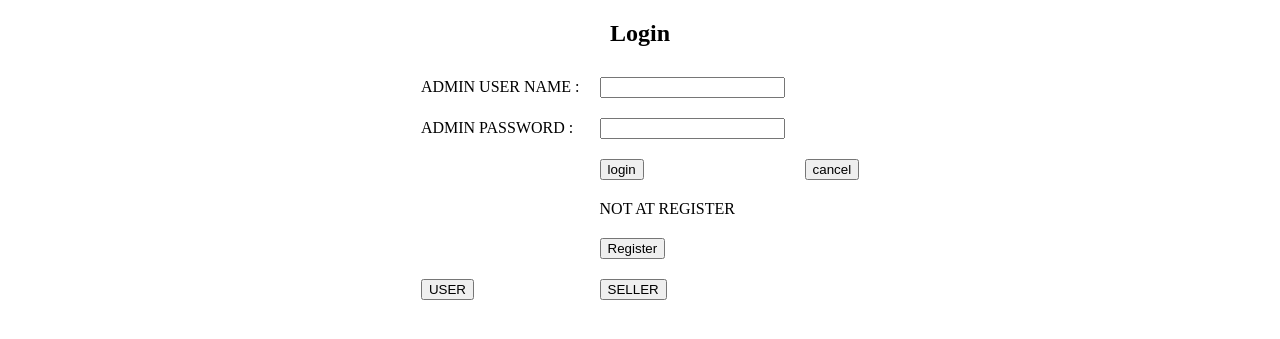
Repository: saik46573/sai
Page: http://localhost/Project/AdminLogin.jsp
The author's editor kept a copy of each file at every save. The page is drawn from the files as they stood at one save, then again after the next save.
The browser window is 1280 px wide. The pictures show the whole page.
The page is served by Tomcat 9. Other server files are loaded and not shown.

Above is the page before, as saved 2023-08-10 05:30:15.

### eclipse-workspace/Project/src/main/webapp/AdminLogin.jsp
<%@ page language="java" contentType="text/html; charset=ISO-8859-1"
    pageEncoding="ISO-8859-1"%>
<!DOCTYPE html>
<html>
<head>
<meta charset="ISO-8859-1">
<title>Insert title here</title>
</head>
<body>
<h2 align="center">Login </h2>
<form action="Adminlogin" method="post">
	<table  align="center" cellpadding="10px" cellspacing="10px" style="border-collapse: collapse">
	<tr>
	<td>ADMIN USER NAME :</td>

	<td> <input type= "text" name="EmployeeName"></td>
	</tr>
	<tr>
	<td>ADMIN PASSWORD :</td>
	<td> <input type= "text" name="password" ></td>
	</tr>
	<tr>
	<td></td>
	<td><input type="submit" value="login"></td>
	<td><a href="AdminLogin.jsp "> <input type= "button" value="cancel"></a></td>
	</tr>
	<tr>
	<td></td>
	<td>  NOT AT REGISTER  </td>
	</tr>
	<tr>
	<td></td>
	<td><a href="AdminRegistration.jsp"><input type="button" value="Register"></a></td>
	</tr>
	<tr>
	<td><a href="index.jsp"><input type="button" value="USER"></a></td>
	<td><a href="SellerLogin.jsp"> <input type= "button" value="SELLER"></a></td>
	</tr>
	</table>
</form>

</body>
</html>

After the next save:
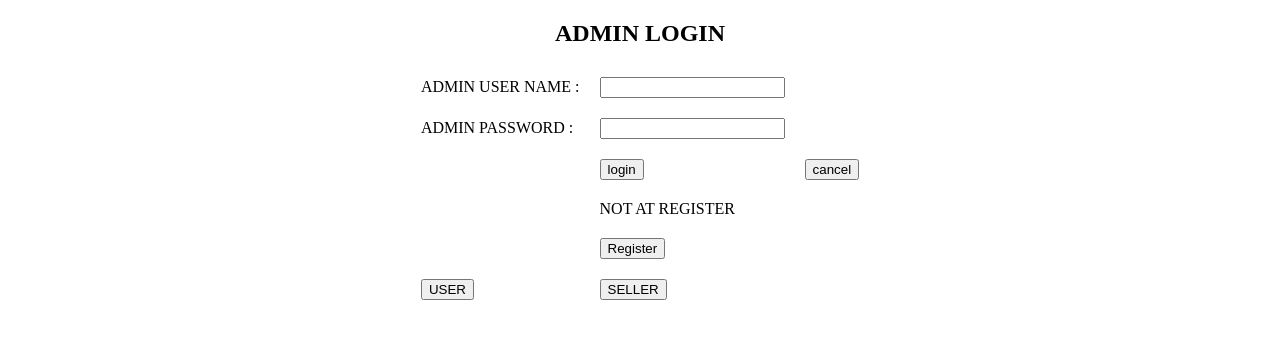
Saved 27 s later.
--- a/eclipse-workspace/Project/src/main/webapp/AdminLogin.jsp
+++ b/eclipse-workspace/Project/src/main/webapp/AdminLogin.jsp
@@ -7,7 +7,7 @@
 <title>Insert title here</title>
 </head>
 <body>
-<h2 align="center">Login </h2>
+<h2 align="center">ADMIN LOGIN </h2>
 <form action="Adminlogin" method="post">
 	<table  align="center" cellpadding="10px" cellspacing="10px" style="border-collapse: collapse">
 	<tr>
